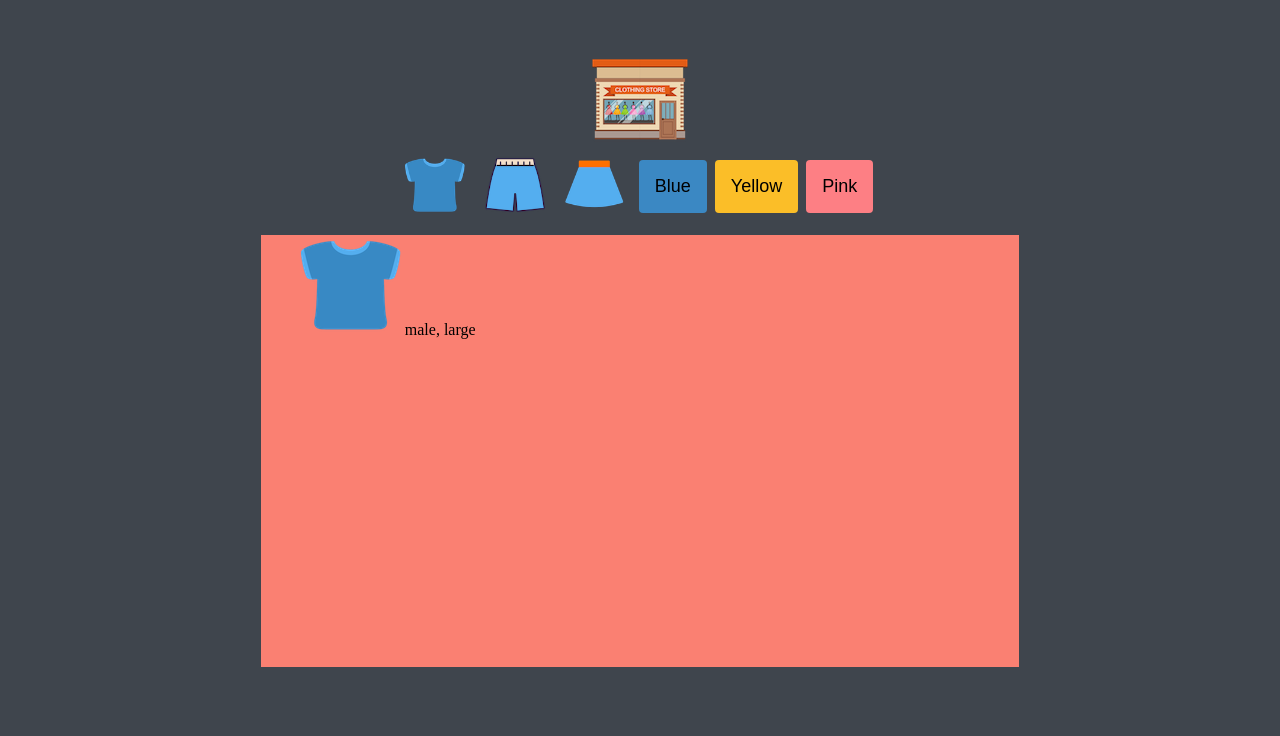
Repository: GoodHoneyCake/Dream_Coding_Academy1
Page: index.html
These files come from the project's save history. The page is drawn as it stood at one moment and after the next save; the edit follows.
The browser window is 1280 px wide. The pictures show the whole page.

Above is the page before, as saved 2021-01-06 16:28:48.

### index.html
<!DOCTYPE html>
<html lang="en">
  <head>
    <meta charset="UTF-8" />
    <meta name="viewport" content="width=device-width, initial-scale=1.0" />
    <title>Online Shopping</title>
    <link rel="stylesheet" href="style.css" />
    <script src="src/main.js" defer></script>
  </head>
  <body>
    <!-- Logo -->
    <img src="img/logo.png" alt="Logo" class="logo" />
    <!-- Buttons -->
    <section class="buttons">
      <button class="btn">
        <img src="img/blue_t.png" alt="tshirt" class="imgBtn" />
      </button>
      <button class="btn">
        <img src="img/blue_p.png" alt="pants" class="imgBtn" />
      </button>
      <button class="btn">
        <img src="img/blue_s.png" alt="skirt" class="imgBtn" />
      </button>
      <button class="btn colorBtn blue">Blue</button>
      <button class="btn colorBtn yellow">Yellow</button>
      <button class="btn colorBtn pink">Pink</button>
    </section>
    <!-- Items -->
    <ul class="items">
      <li class="item">
        <img src="img/blue_t.png" alt="tshirt" class="item_thumbnail" />
        <span class="item__description">male, large</span>
      </li>
    </ul>
  </body>
</html>

### style.css
:root {
  /* color */
  --color-black: #3f454d;
  --color-white: #ffffff;
  --color-blue: #3b88c3;
  --color-yellow: #fbbe28;
  --color-pink: #fd7f84;
  --color-light-grey: #dfdfdf;

  /* size */
  --base-space: 8px;
  --size-button: 60px;
  --size-border: 4px;
  --button-font-size: 18px;

  /* animation */
  --animation-duration: 300ms;
}

* {
  box-sizing: border-box;
}

body {
  height: 100vh;
  background-color: var(--color-black);
  display: flex;
  flex-direction: column;
  justify-content: center;
  align-items: center;
}

.logo {
  cursor: pointer;
  transition: transform var(--animation-duration) ease;
}

.btn {
  background-color: transparent;
  border: none;
  outline: none;
  cursor: pointer;
  transition: transform var(--animation-duration) ease;
  margin-right: var(--base-space);
}

.logo:hover,
.btn:hover {
  transform: scale(1.1);
}

.buttons {
  display: flex;
  align-items: center;
}

.imgBtn {
  width: var(--size-button);
  height: var(--size-button);
}

.colorBtn {
  font-size: var(--button-font-size);
  padding: calc(var(--base-space) * 2);
  border-radius: var(--size-border);
}

.blue {
  background-color: var(--color-blue);
}
.yellow {
  background-color: var(--color-yellow);
}
.pink {
  background-color: var(--color-pink);
}

.items {
  background-color: salmon;
  width: 60%;
  height: 60%;
  list-style: none;
}

Loaded but not shown: src/main.js (no stored copy; drawn as an empty file)

After the next save:
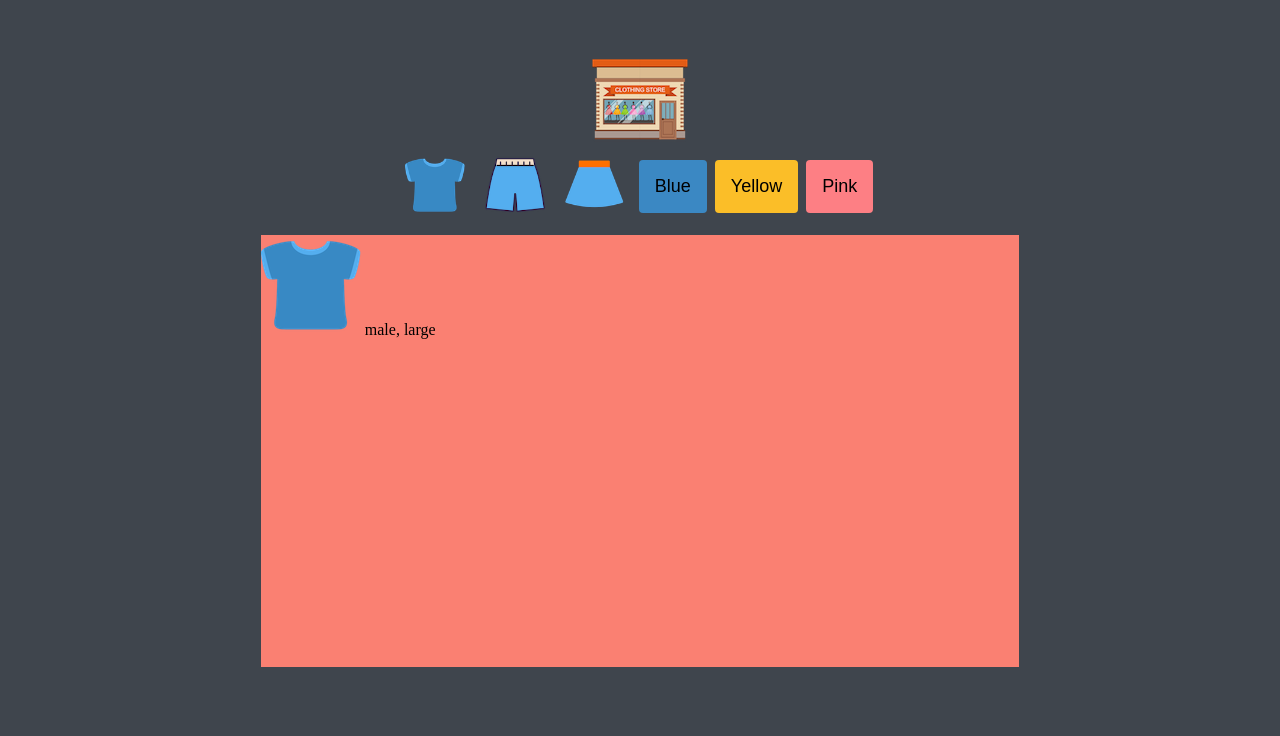
Saved 19 s later.
--- a/style.css
+++ b/style.css
@@ -80,4 +80,5 @@ body {
   width: 60%;
   height: 60%;
   list-style: none;
+  padding-left: 0;
 }
